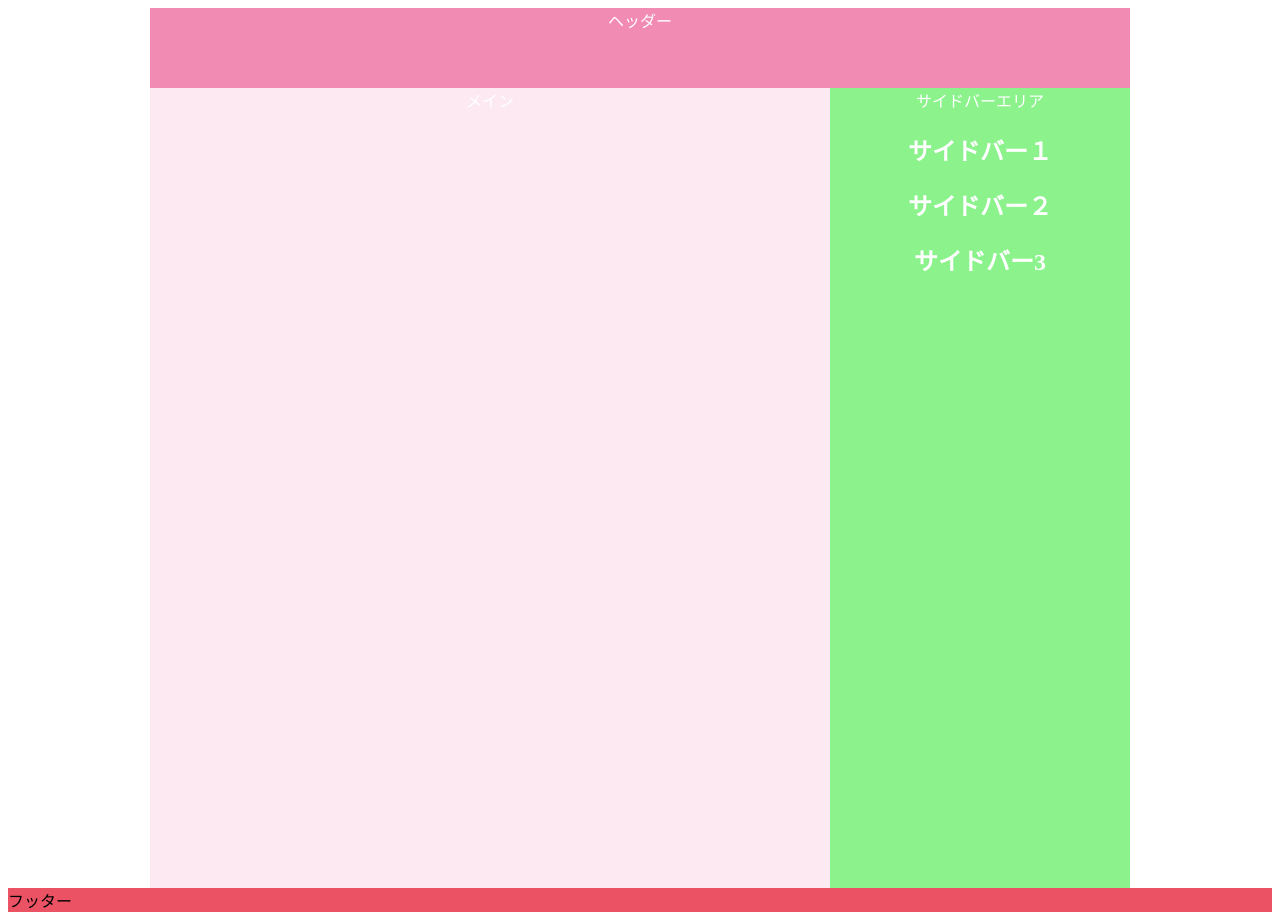
Repository: fukkatsuno-neda/samurai_HTML-CSS
Page: csspractice/practice.html
The author's editor kept a record of every edit. The page is drawn from the files as they stood at one moment, then again after the next edit.
The browser window is 1280 px wide. The pictures show the whole page.

Above is the page before.

### csspractice/practice.html
<!doctype html>
<html lang="ja">
<head>
   <meta charset="utf-8"/>
   <title>左軸ナビゲーション型</title>
   <link rel="stylesheet" href="practice.css">
</head>

<body>
  <header class="header">
    ヘッダー
  </header>
  <main class="main-wrap">
    <article class="main">
      メイン
    </article>

    <aside class="sidebar-container">
    サイドバーエリア
          <div class="sidebar">
            <h2 class="sidebar-title">
              サイドバー１
            </h2>
          </div>
          <div class="sidebar">
            <h2 class="sidebar-title">
              サイドバー２
            </h2>
          </div>
          <div class="sidebar">
            <h2 class="sidebar-title">
              サイドバー3
            </h2>
          </div>
    </aside>
  </main>
  <footer class="footer">
    フッター
  </footer>
</div>
</body>

### csspractice/practice.css
@charset "utf-8";

body{

}

.header{
  background-color: #F28BB3;
  height: 80px;
  text-align: center;
  color: #FFF;
  width:980px;
  margin-left: auto;
  margin-right: auto;
}

.main-wrap{
  height: 800px;
  text-align: center;
  color: #FFF;
  width: 980px;
  margin-left: auto;
  margin-right: auto;
  overflow: hidden;
}

.main{
  background-color: #FCE9F1;
  height: 800px;
  width: 680px;
  text-align: center;
  color: #FFF;
  float: left;
}

.sidebar-container{
  background-color: #8BF28C;
  height: 800px;
  width: 300px;
  text-align: center;
  color: #FFF;
  float: left;
}

.sidebar{

}

.side-wrap{
  background-color: #8BB2F2;
  bottom: 15px;
}


.footer{
  background-color: #EB5264;

}

After the next edit:
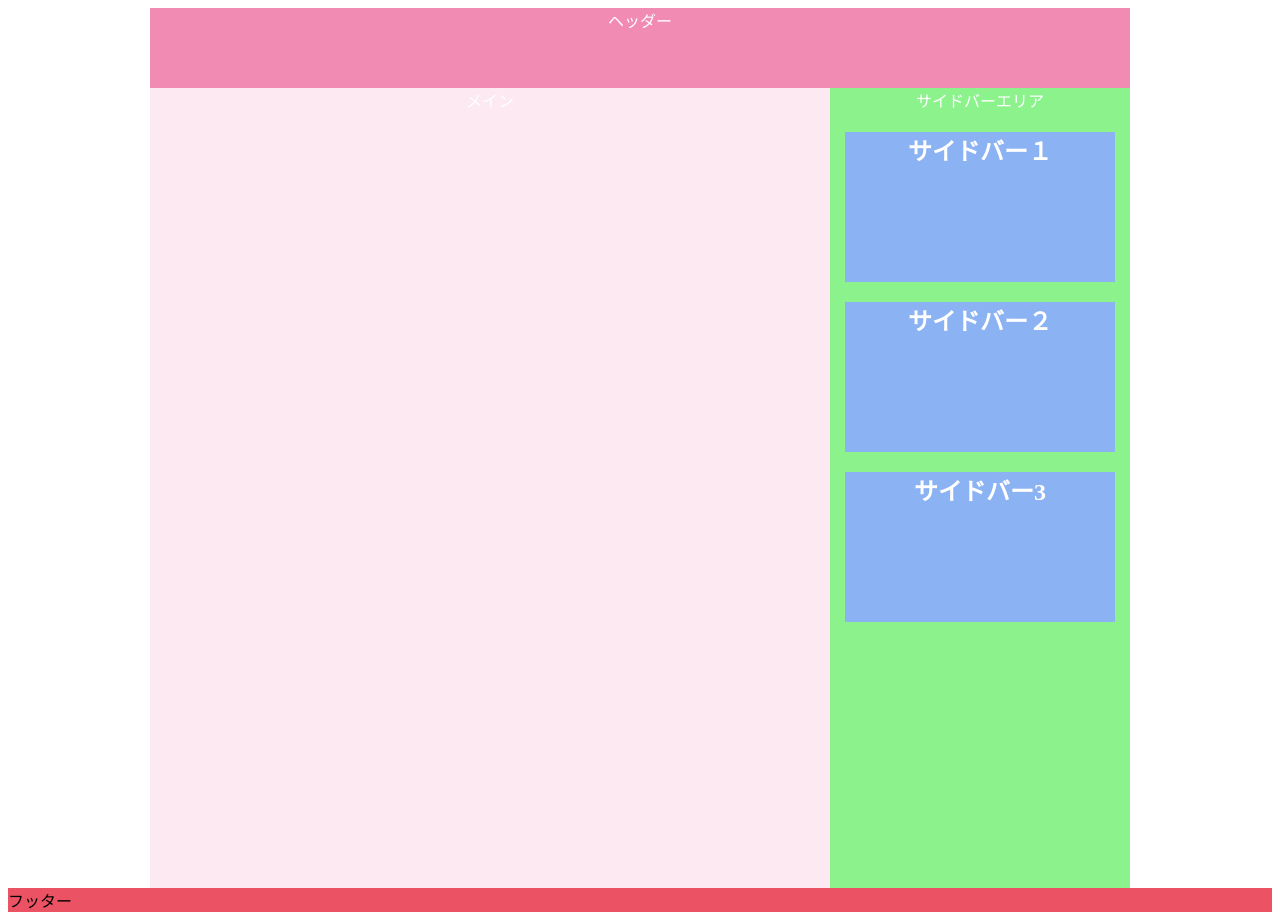
The edit:
--- a/csspractice/practice.css
+++ b/csspractice/practice.css
@@ -43,7 +43,10 @@
 }
 
 .sidebar{
-
+  width: 270px;
+  height: 150px;
+  background-color: #8BB2F2;
+  margin: 15px auto;
 }
 
 .side-wrap{
